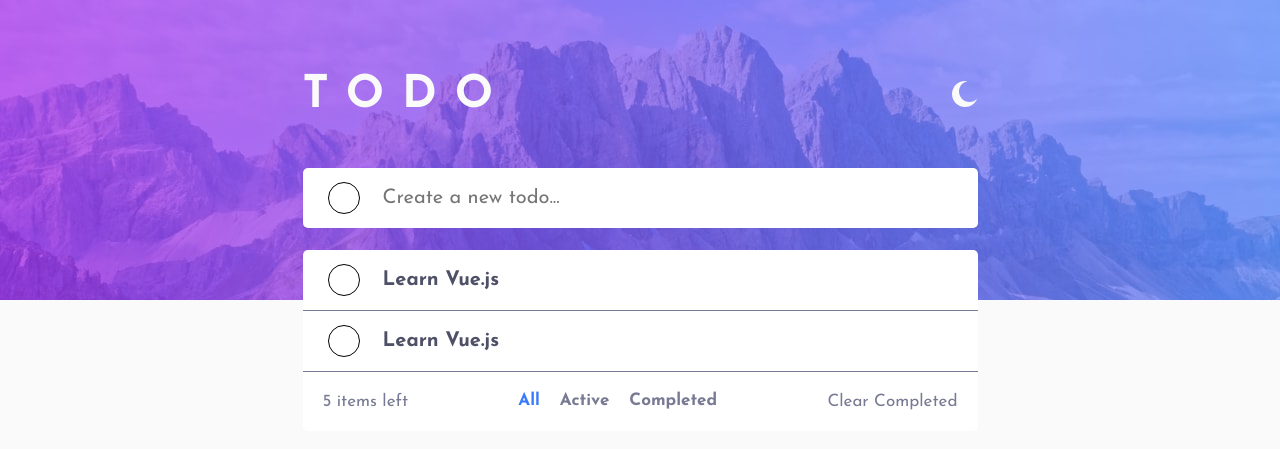
Repository: tomas938/todo-app
Page: /
The author's editor kept a copy of each file at every save. The page is drawn from the files as they stood at one save, then again after the next save.
The browser window is 1280 px wide. The pictures show the whole page.
The project was rebuilt for these pictures with package versions that can differ from the ones it lists, and the page was loaded fresh each time.

Above is the page before, as saved 2021-08-18 12:14:13.

After the next save:
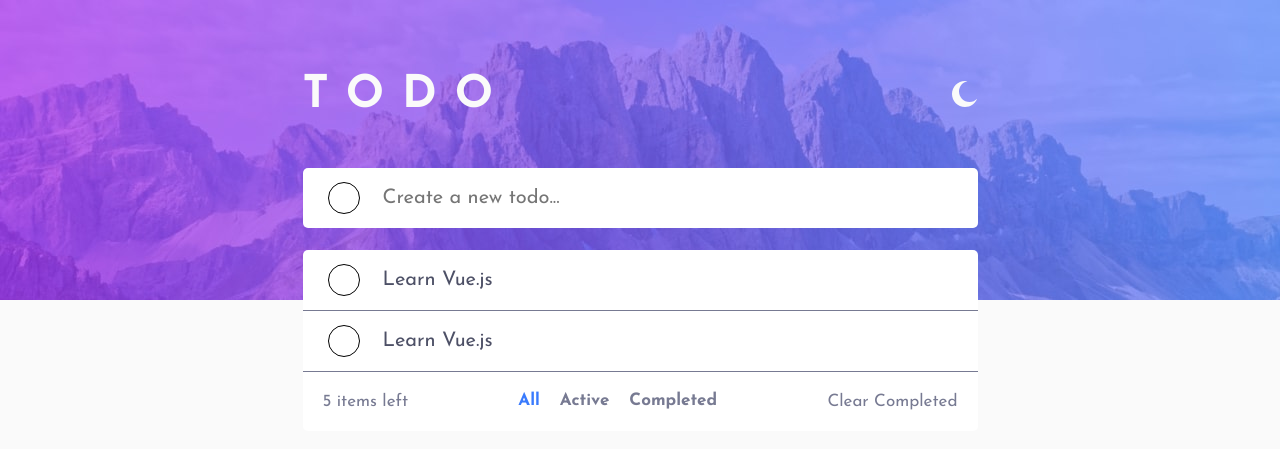
Saved 29 s later.
--- a/src/components/Todos.vue
+++ b/src/components/Todos.vue
@@ -49,7 +49,7 @@ main {
 	padding-left: 8rem;
 	font-size: 2rem;
 	font-family: $font-primary;
-	font-weight: $bold;
+	font-weight: $light;
 	color: var(--todo-text);
 	border-bottom: 1px solid var(--todo-border);
 
